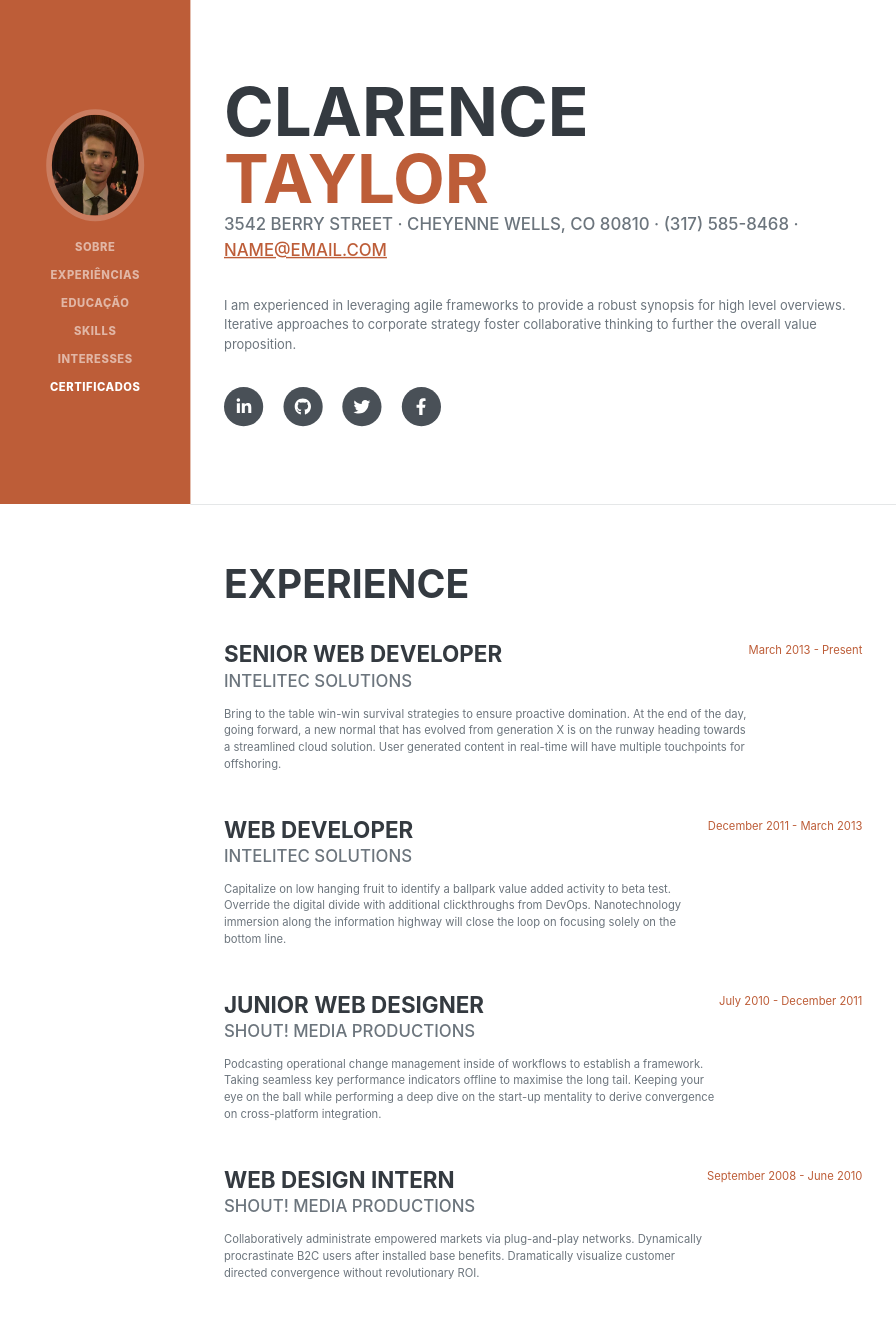
Repository: JuniorRoth/Curriculo-Web
Page: public/index.html
The author's editor kept a copy of each file at every save. The page is drawn from the files as they stood at one save, then again after the next save.
The browser window is 1280 px wide. The pictures show the part of the page from y = 0 to 1920 px (the page is 4810 px tall), at 70% of full size.
Some web fonts or font styles are not loaded; a fallback is used. Some web libraries are served in a nearby version.

Above is the page before, as saved 2023-02-07 13:55:04.

After the next save:
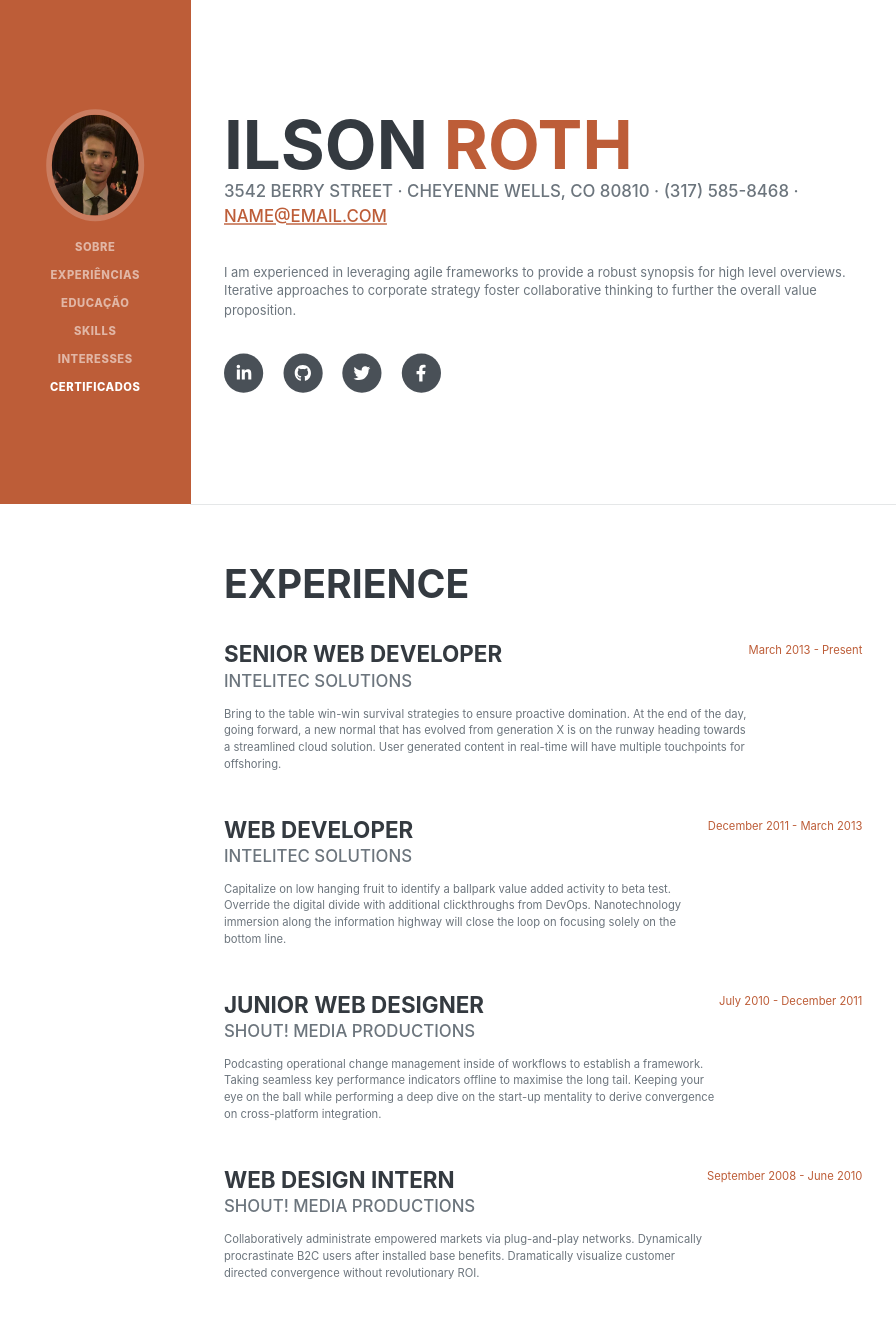
Saved 2 min 20 s later.
--- a/public/index.html
+++ b/public/index.html
@@ -40,8 +40,8 @@
             <section class="resume-section" id="about">
                 <div class="resume-section-content">
                     <h1 class="mb-0">
-                        Clarence
-                        <span class="text-primary">Taylor</span>
+                        Ilson
+                        <span class="text-primary">Roth</span>
                     </h1>
                     <div class="subheading mb-5">
                         3542 Berry Street · Cheyenne Wells, CO 80810 · (317) 585-8468 ·
